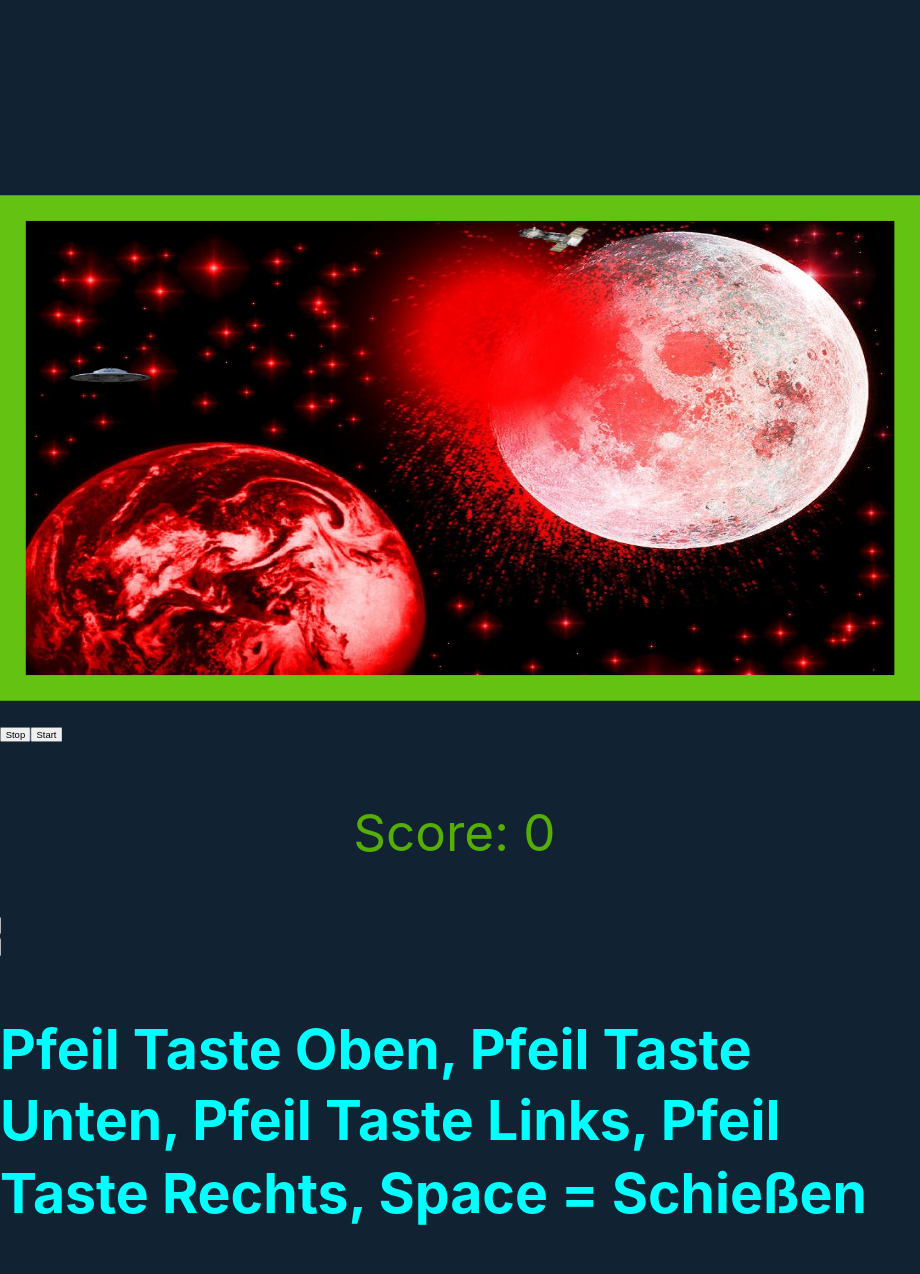
Repository: Der-Metatron/Projekt-Omega-Sprotte
Page: /, after clicking the first element matching `button.startbutton`
An editor plug-in stored every save of this project. The page is shown before and after the next save, followed by the edit.
The browser window is 1280 px wide. The page is 1296 px wide, then 1280 px, so the pictures cover 1296 px, including what lies to the right of the window. The pictures show the whole page, at 71% of full size.
The project was rebuilt for these pictures with package versions that can differ from the ones it lists, and the page was loaded fresh each time.

Above is the page before, as saved 2022-06-23 20:14:27.

After the next save:
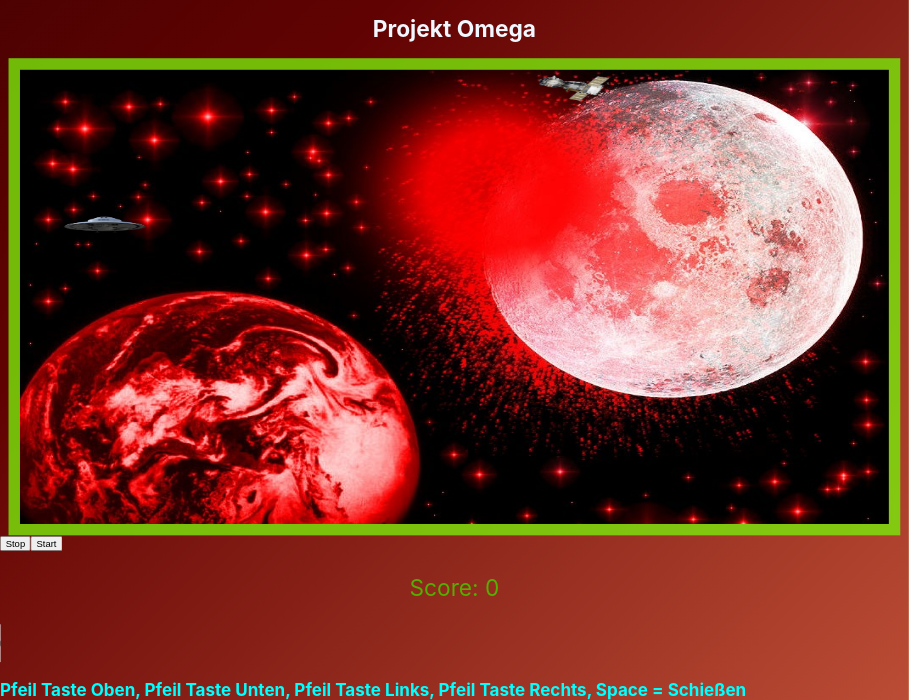
Saved 22 s later.
--- a/src/App.css
+++ b/src/App.css
@@ -1,73 +1,28 @@
-@mixin dots($count) {
-  $text-shadow: ();
-  @for $i from 0 through $count {
-    $text-shadow: $text-shadow,
-      (-0.5+ (random()) * 3) +
-        em
-        (-0.5+ (random()) * 3) +
-        em
-        2px
-        hsla(random() * 360, 100%, 50%, 0.9);
-  }
-  text-shadow: $text-shadow;
+html,
+body {
+  width: 100%;
+  height: 100%;
 }
 
-html {
-  font: 5vmin/1.3 Serif;
-  overflow: hidden;
-  background: #123;
+h1 {
+  text-align: center;
+  color: aliceblue;
 }
 
-body,
-head {
-  display: block;
-  font-size: 52px;
-  color: transparent;
+body {
+  background: linear-gradient(-45deg, #ee7752, #620202, #000000, #265046);
+  background-size: 400% 400%;
+  animation: gradient 15s ease infinite;
 }
 
-head::before,
-head::after,
-body::before,
-body::after {
-  position: fixed;
-  top: 50%;
-  left: 50%;
-  width: 3em;
-  height: 3em;
-  content: "V";
-  mix-blend-mode: screen;
-  animation: 44s -27s move infinite ease-in-out alternate;
-}
-
-body::before {
-  @include dots(40);
-  animation-duration: 44s;
-  animation-delay: -27s;
-}
-
-body::after {
-  @include dots(40);
-  animation-duration: 43s;
-  animation-delay: -32s;
-}
-
-head::before {
-  @include dots(40);
-  animation-duration: 42s;
-  animation-delay: -23s;
-}
-
-head::after {
-  @include dots(40);
-  animation-duration: 41s;
-  animation-delay: -19s;
-}
-
-@keyframes move {
-  from {
-    transform: rotate(0deg) scale(12) translateX(-20px);
+@keyframes gradient {
+  0% {
+    background-position: 0% 50%;
   }
-  to {
-    transform: rotate(360deg) scale(18) translateX(20px);
+  50% {
+    background-position: 100% 50%;
+  }
+  100% {
+    background-position: 0% 50%;
   }
 }
